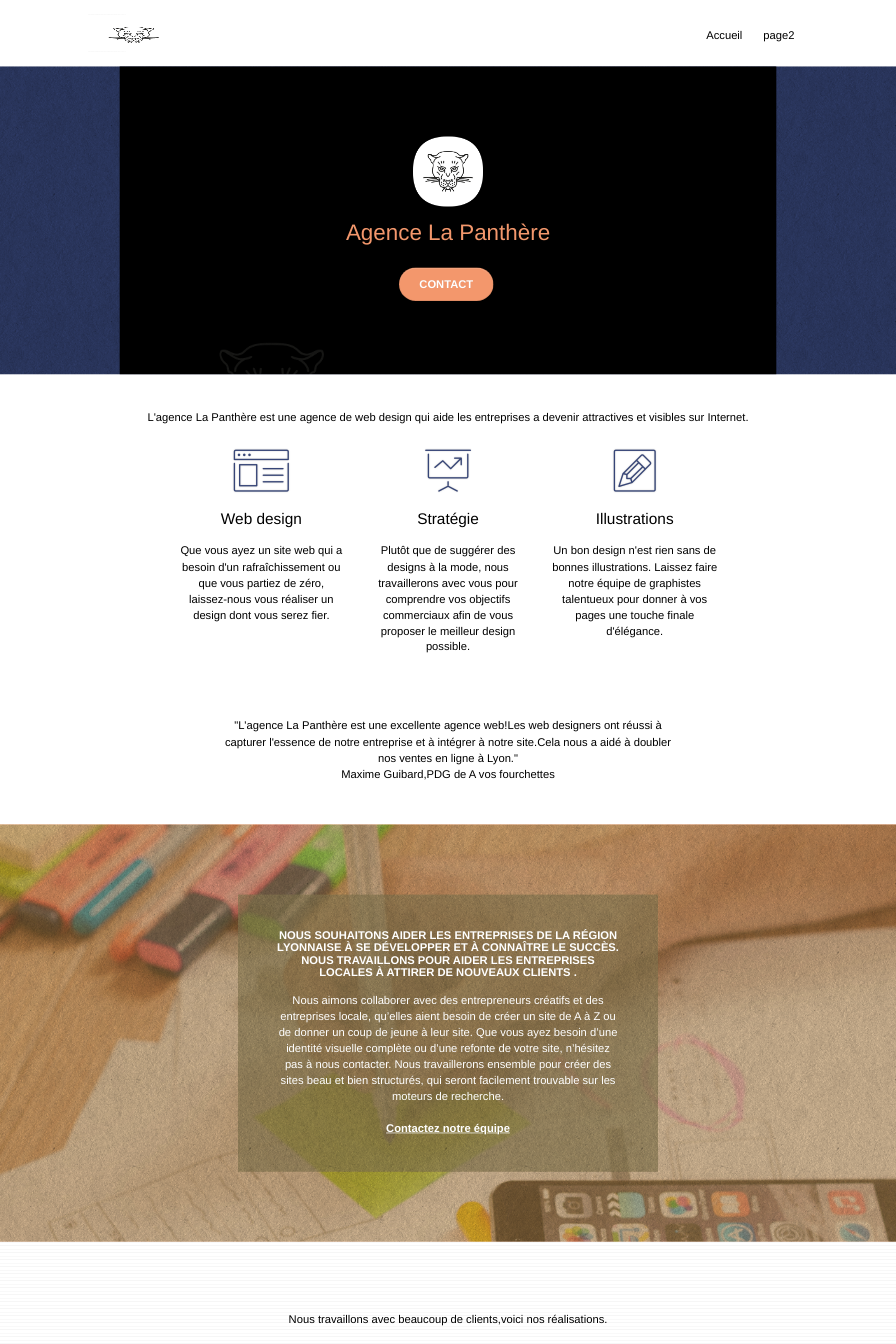
Repository: EtudianteHU/Uyarci_Hilal_4_code_012023
Page: index.html
An editor plug-in stored every save of this project. The page is shown before and after the next save, followed by the edit.
The browser window is 1280 px wide. The pictures show the part of the page from y = 0 to 1920 px (the page is 3512 px tall before and 3431 px after), at 70% of full size.
Backgrounds fixed to the window are drawn as part of the page.

Above is the page before, as saved 2023-02-23 23:55:24.

After the next save:
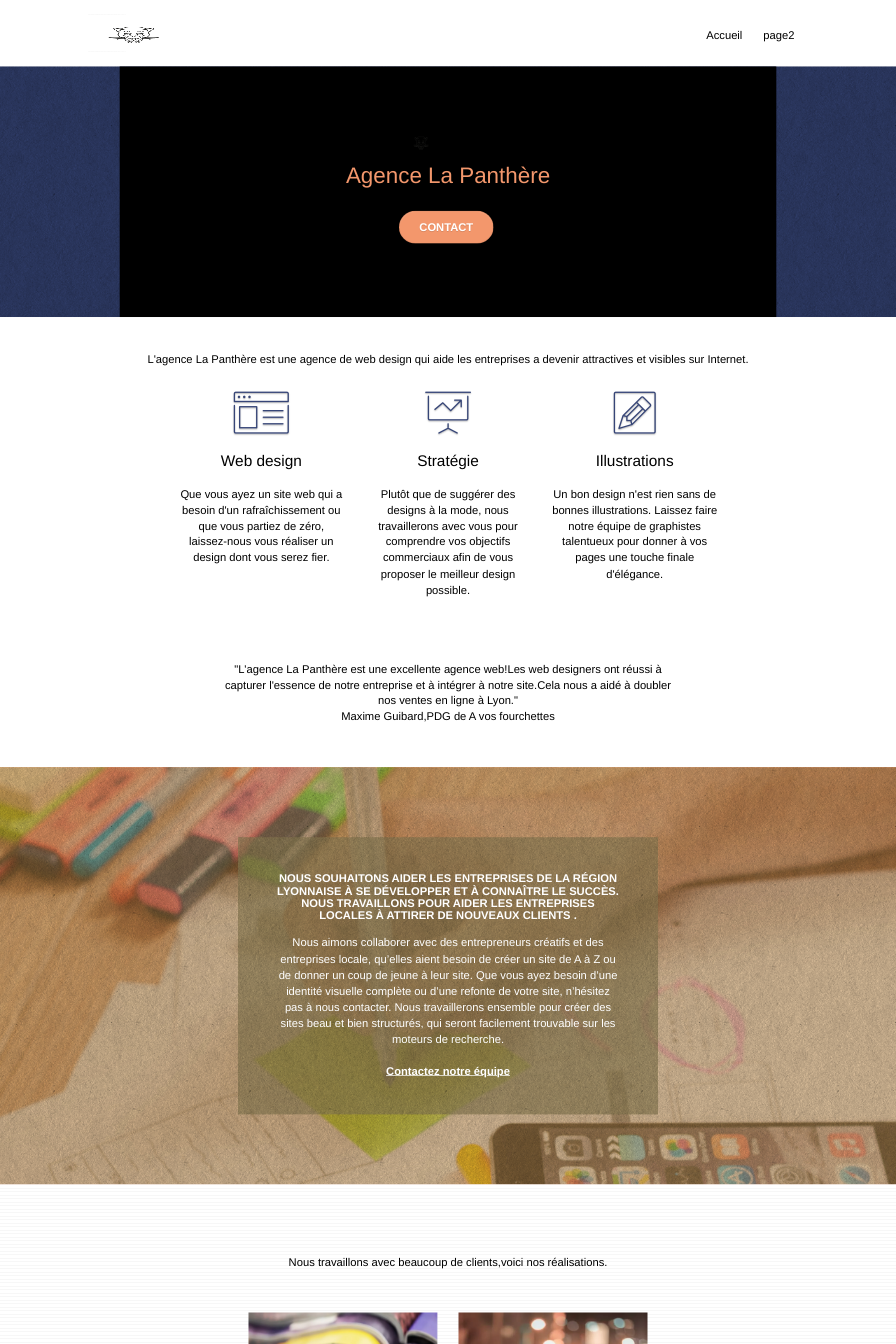
Saved 34 s later.
--- a/index.html
+++ b/index.html
@@ -96,7 +96,7 @@
                     <div class="row tight-width-whitespace">
                         <div class="col-sm-12">
                             <img
-                                src="img/logo.webp"
+                                src="img/agence-la-panthere-monochrome.webp"
                                 class="center-block image-resize-mode"
                                 width="100"
                                 alt="logo de panthere"

After the save that followed:
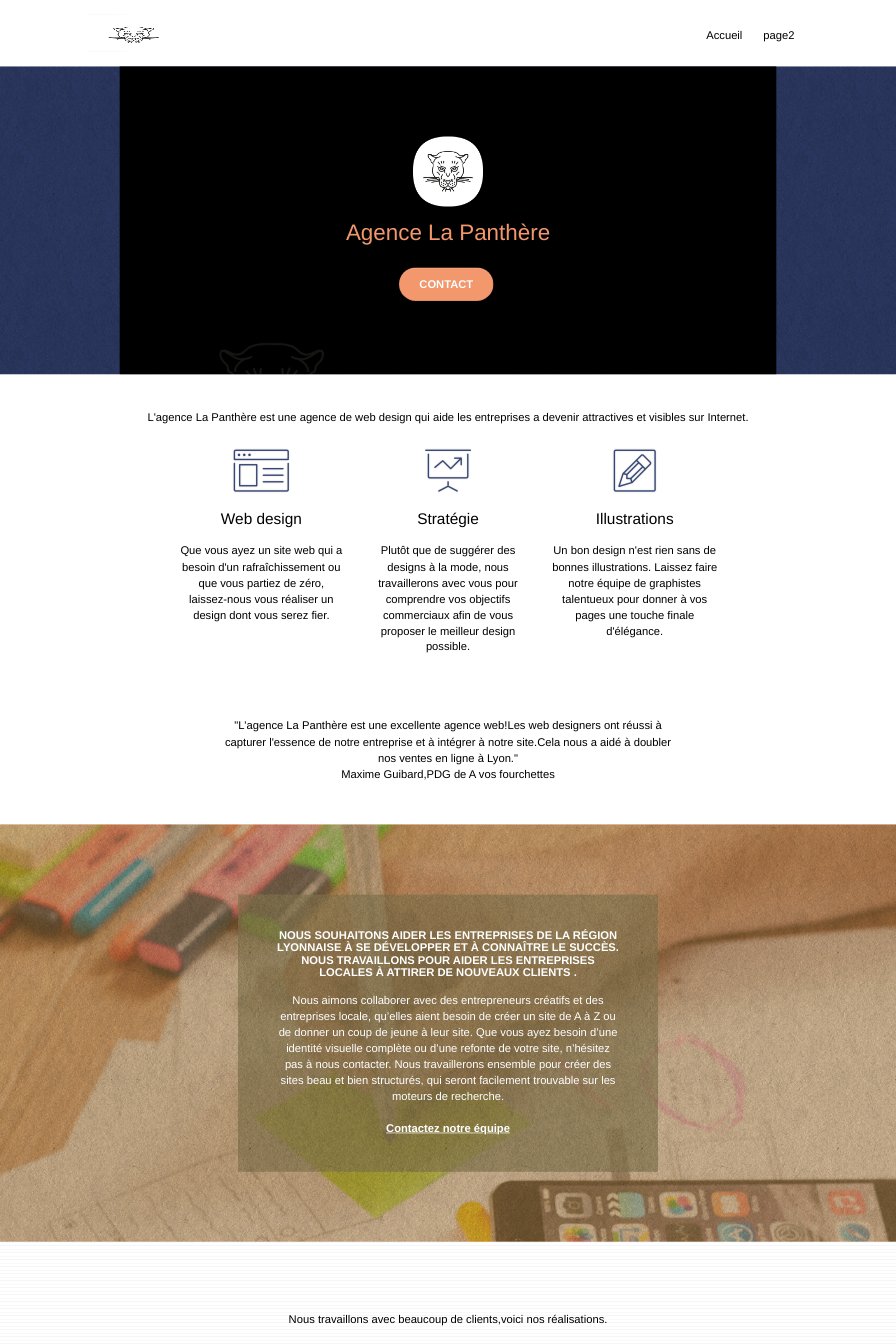
Saved 21 s later.
--- a/index.html
+++ b/index.html
@@ -96,7 +96,7 @@
                     <div class="row tight-width-whitespace">
                         <div class="col-sm-12">
                             <img
-                                src="img/agence-la-panthere-monochrome.webp"
+                                src="img/logo.webp"
                                 class="center-block image-resize-mode"
                                 width="100"
                                 alt="logo de panthere"
